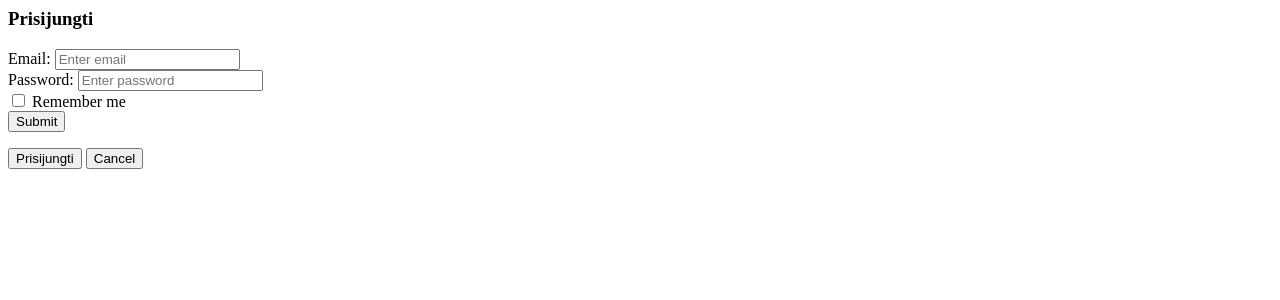
Repository: Skaidrius/Blogas
Page: partials/login.html
The author's editor kept a record of every edit. The page is drawn from the files as they stood at one moment, then again after the next edit.
The browser window is 1280 px wide. The pictures show the whole page.

Above is the page before.

### partials/login.html
<!--login.html-->
<div class="modal-header">
    <h3 class="modal-title">Prisijungti</h3>
    <form class="modal-body" role="form">
        <div class="form-group">
            <label for="email">Email:</label>
            <input type="email" class="form-control" id="email" placeholder="Enter email">
        </div>
        <div class="form-group">
            <label for="pwd">Password:</label>
            <input type="password" class="form-control" id="pwd" placeholder="Enter password">
        </div>
        <div class="checkbox">
            <label><input type="checkbox"> Remember me</label>
        </div>
        <button  class="btn btn-default">Submit</button>
    </form>
    <div class="modal-footer">
        <button type="submit" class="btn btn-primary" ng-click="ok()">Prisijungti</button>
        <button class="btn btn-warning" ng-click="cancel()">Cancel</button>
    </div>
</div>

After the next edit:
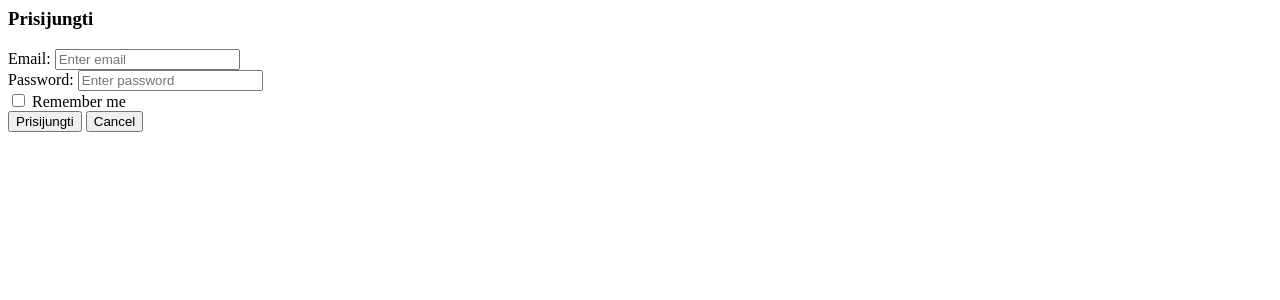
The edit:
--- a/partials/login.html
+++ b/partials/login.html
@@ -13,8 +13,6 @@
         <div class="checkbox">
             <label><input type="checkbox"> Remember me</label>
         </div>
-        <button  class="btn btn-default">Submit</button>
-    </form>
     <div class="modal-footer">
         <button type="submit" class="btn btn-primary" ng-click="ok()">Prisijungti</button>
         <button class="btn btn-warning" ng-click="cancel()">Cancel</button>
